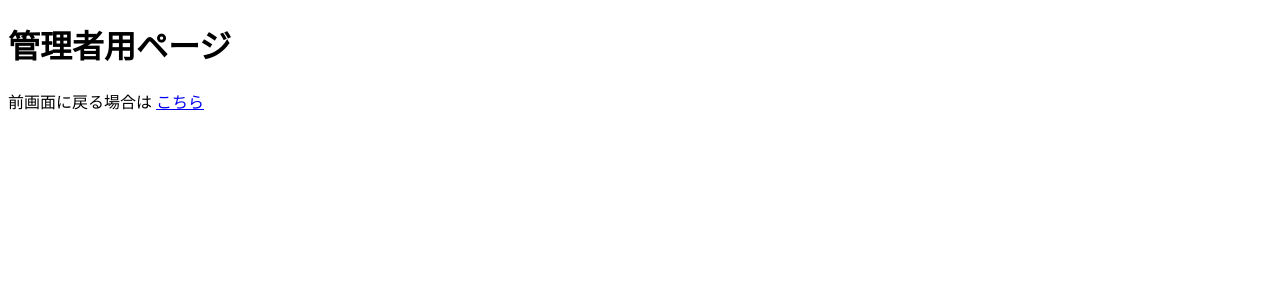
Repository: MurayamaMura/ecsite
Page: http://localhost/ecsite/managerLogin.jsp
The author's editor kept a copy of each file at every save. The page is drawn from the files as they stood at one save, then again after the next save.
The browser window is 1280 px wide. The pictures show the whole page.
The page is served by Tomcat 9.

Above is the page before, as saved 2018-08-03 10:29:11.

After the next save:
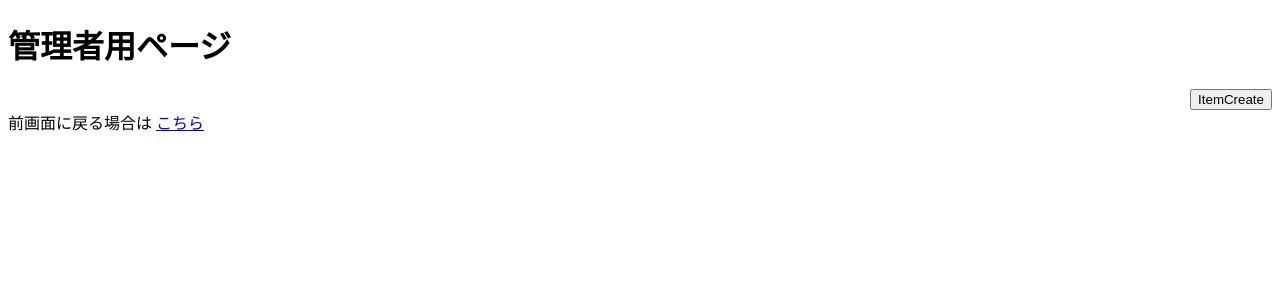
Saved 9 min 14 s later.
--- a/ecsite/WebContent/managerLogin.jsp
+++ b/ecsite/WebContent/managerLogin.jsp
@@ -15,43 +15,8 @@
 	</div>
 	<div id="main">
 		<div id="top">
- <!-- 		<p>ItemCreate</p>
-		</div>
+ 			<s:submit value="ItemCreate"/>
 		<div>
-			<s:if test="errorMassage !=''">
-				<s:property value="errorMassage" escape="false" />
-			</s:if>
-			<table>
-			<s:form action="AddItemConfirmAction">
-				<tr>
-					<td>
-						<label>商品名：</label>
-					</td>
-					<td>
-						<input type="text" name="itemName" value="" />
-					</td>
-				</tr>
-				<tr>
-					<td>
-						<label>価格：</label>
-					</td>
-					<td>
-						<input type="text" name="itemPrice" value=""/>
-					</td>
-				</tr>
-				<tr>
-					<td>
-						<label>在庫数：</label>
-					</td>
-					<td>
-						<input type="text" name="itemStock" value=""/>
-					</td>
-				</tr>
-				<s:submit value="登録"/>
-			</s:form>
-			</table>
--->
-			<div>
 
 				<span>前画面に戻る場合は</span>
 				<a href='<s:url action="ManagerAction"/>'>こちら</a>
